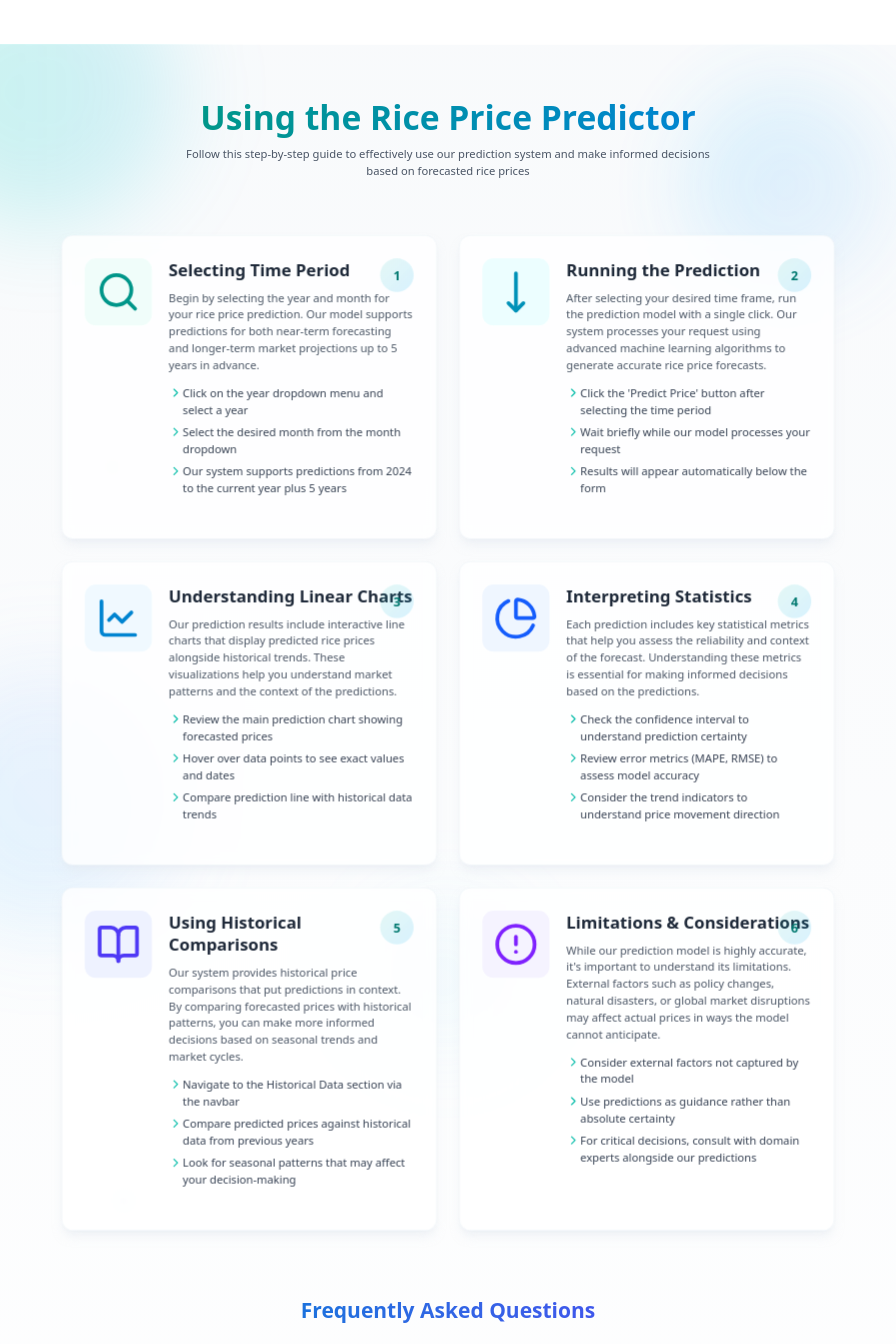
Repository: faridfirdaus-fred/prediction-rice-price-frontend
Page: /documentation
The author's editor kept a copy of each file at every save. The page is drawn from the files as they stood at one save, then again after the next save.
The browser window is 1280 px wide. The pictures show the part of the page from y = 0 to 1920 px (the page is 2716 px tall before and 2588 px after), at 70% of full size.
The project was rebuilt for these pictures with package versions that can differ from the ones it lists, and the page was loaded fresh each time. The framework's server and built-in components were replaced by stand-ins that run in the browser. Also part of the build but not shown: next.config.mjs.

Above is the page before, as saved 2025-05-14 08:39:36.

After the next save:
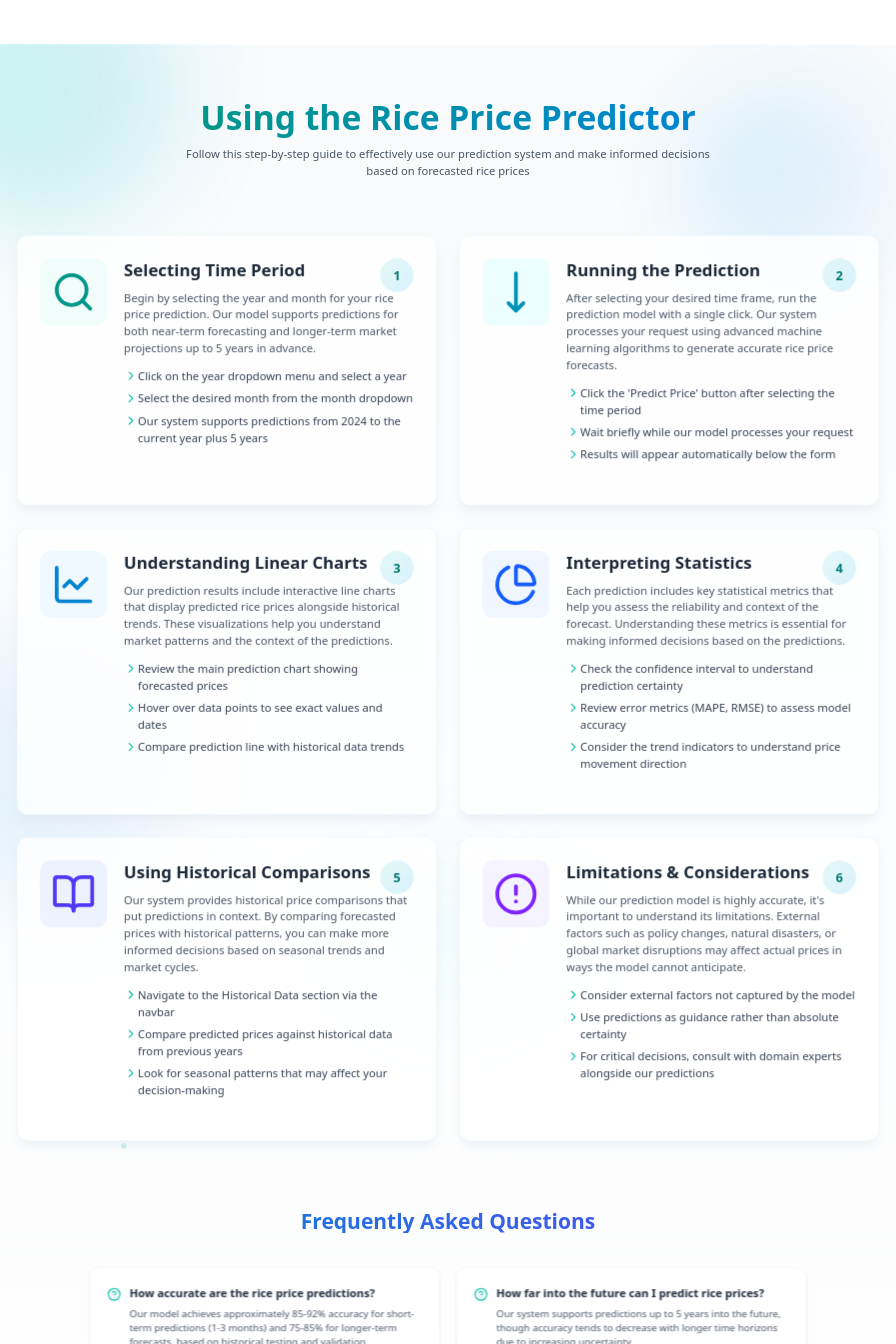
Saved 23 s later.
--- a/app/components/documentation.jsx
+++ b/app/components/documentation.jsx
@@ -246,7 +246,7 @@ export default function Documentation() {
         </div>
       </div>
 
-      <div className="container mx-auto px-6 max-w-6xl relative z-10">
+      <div className="container mx-auto px-6 max-w-7xl relative z-10">
         <motion.h2
           className="text-4xl md:text-5xl font-bold text-center mb-4"
           initial={{ opacity: 0, y: -20 }}
